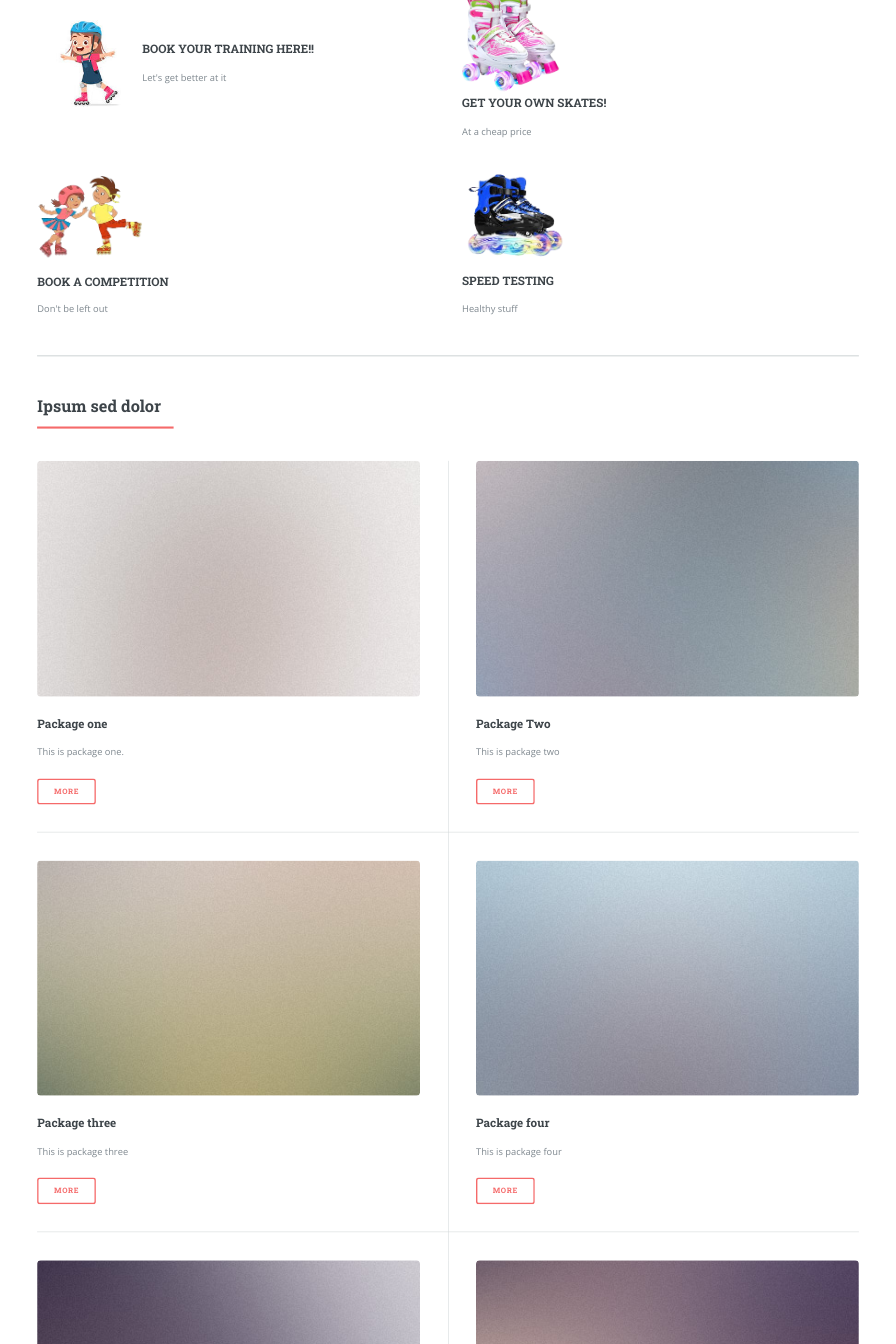
Repository: rachel648/New_Elite
Page: index.html
The author's editor kept a copy of each file at every save. The page is drawn from the files as they stood at one save, then again after the next save.
The browser window is 1280 px wide. The pictures show the part of the page from y = 975 to 2895 px (the page is 3321 px tall before and 3395 px after), at 70% of full size.

Above is the page before, as saved 2024-10-14 14:54:19.

### index.html
<!DOCTYPE HTML>
<html>
	<head>
		<title>ELITE SKATES</title>
		<meta charset="utf-8" />
		<meta name="viewport" content="width=device-width, initial-scale=1, user-scalable=no" />
		<link rel="stylesheet" href="assets/css/main.css" />
	</head>
	<body class="is-preload">

		<!-- Wrapper -->
			<div id="wrapper">

				<!-- Main -->
					<div id="main">
						<div class="inner">

							<!-- Header -->
								<header id="header">
									<a href="index.html" class="logo"><strong>ELITE </strong>SKATING CLUB</a>
									<ul class="icons">
										<li><a href="#" class="icon brands fa-twitter"><span class="label">Twitter</span></a></li>
										<li><a href="#" class="icon brands fa-facebook-f"><span class="label">Facebook</span></a></li>
										<li><a href="#" class="icon brands fa-snapchat-ghost"><span class="label">Snapchat</span></a></li>
										<li><a href="#" class="icon brands fa-instagram"><span class="label">Instagram</span></a></li>
										<li><a href="#" class="icon brands fa-medium-m"><span class="label">Medium</span></a></li>
									</ul>
								</header>

							<!-- Banner -->
								<section id="banner">
									<div class="content">
										<header>
											<h1>Welcome, Let's Skate!<br />
											With Mario</h1>
											<p>Join the thrill, boost your skills, and enjoy the ride with our skating community!</p>
										</header>
										<p> </p>
										<ul class="actions">
											<li><a href="#" class="button big">Learn More</a></li>
										</ul>
									</div>
									<span class="image object">
										<img src="images/skatetwo-removebg-preview.png" alt="" />
									</span>
								</section>

							<!-- Section -->
								<section>
									<header class="major">
										<h2>ACTIVITIES OFFERED:</h2>
									</header>
									<div class="features">
										<article>
											<span class="image object"></span>
											<img src="images/training.jpg" alt="" style="width: 150px; height: auto;"/>
											<div class="content">
												<h3>BOOK YOUR TRAINING HERE!!</h3>
												<p>Let's get better at it</p>
											</div>
										</article>
										<article>
											<span class="image object">
												<img src="images/pinkskates.jpg-removebg-preview.png" alt="" style="width: 150px; height: auto;" />
											<div class="content">
												<h3>GET YOUR OWN SKATES!</h3>
												<p>At a cheap price</p>
											</div>
										</article>
										<article>
											<span class="image object">
												<img src="images/competition-removebg-preview.png" alt="" style="width: 150px; height: auto;" />
											<div class="content">
												<h3>BOOK A COMPETITION</h3>
												<p> Don't be left out</p>
										</article>
										<article>
											<span class="image object">
												<img src="images/blueskates-removebg-preview.png" alt="" style="width: 150px; height: auto;"/>
											<div class="content">
												<h3>SPEED TESTING</h3>
												<p>Healthy stuff</p>
											</div>
										</article>
									</div>
								</section>

							<!-- Section -->
								<section>
									<header class="major">
										<h2>Ipsum sed dolor</h2>
									</header>
									<div class="posts">
										<article>
											<a href="#" class="image"><img src="images/pic01.jpg" alt="" /></a>
											<h3>Package one</h3>
											<p>This is package one.</p>
											<ul class="actions">
												<li><a href="#" class="button">More</a></li>
											</ul>
										</article>
										<article>
											<a href="#" class="image"><img src="images/pic02.jpg" alt="" /></a>
											<h3>Package Two</h3>
											<p>This is package two</p>
											<ul class="actions">
												<li><a href="#" class="button">More</a></li>
											</ul>
										</article>
										<article>
											<a href="#" class="image"><img src="images/pic03.jpg" alt="" /></a>
											<h3>Package three</h3>
											<p>This is package three</p>
											<ul class="actions">
												<li><a href="#" class="button">More</a></li>
											</ul>
										</article>
										<article>
											<a href="#" class="image"><img src="images/pic04.jpg" alt="" /></a>
											<h3>Package four</h3>
											<p>This is package four</p>
											<ul class="actions">
												<li><a href="#" class="button">More</a></li>
											</ul>
										</article>
										<article>
											<a href="#" class="image"><img src="images/pic05.jpg" alt="" /></a>
											<h3>Package five</h3>
											<p>This is package five</p>
											<ul class="actions">
												<li><a href="#" class="button">More</a></li>
											</ul>
										</article>
										<article>
											<a href="#" class="image"><img src="images/pic06.jpg" alt="" /></a>
											<h3>Package six</h3>
											<p>This is package six</p>
											<ul class="actions">
												<li><a href="#" class="button">More</a></li>
											</ul>
										</article>
									</div>
								</section>

						</div>
					</div>

				<!-- Sidebar -->
					<div id="sidebar">
						<div class="inner">

							<!-- Search -->
								<section id="search" class="alt">
									<form method="post" action="#">
										<input type="text" name="query" id="query" placeholder="Search" />
									</form>
								</section>

							<!-- Menu -->
								<nav id="menu">
									<header class="major">
										<h2>Menu</h2>
									</header>
									<ul>
										<li><a href="index.html">Homepage</a></li>
										<li><a href="generic.html">Upcoming Events</a></li>
										<li><a href="elements.html">Sports day </a></li>
										<li>
											<!--		<span class="opener">Submenu</span>
											<ul>
												<li><a href="#">Lorem Dolor</a></li>
												<li><a href="#">Ipsum Adipiscing</a></li>
												<li><a href="#">Tempus Magna</a></li>
												<li><a href="#">Feugiat Veroeros</a></li>
											</ul>

										</li>
										<li><a href="#">Etiam Dolore</a></li>
										<li><a href="#">Adipiscing</a></li>
										<li>
											<span class="opener">Another Submenu</span>
											<ul>
												<li><a href="#">Lorem Dolor</a></li>
												<li><a href="#">Ipsum Adipiscing</a></li>
												<li><a href="#">Tempus Magna</a></li>
												<li><a href="#">Feugiat Veroeros</a></li>
											</ul>
										</li>
										<li><a href="#">Maximus Erat</a></li>
										<li><a href="#">Sapien Mauris</a></li>
										<li><a href="#">Amet Lacinia</a></li>
										-->
									</ul>
								</nav>

							<!-- Section -->
								<section>
									<header class="major">
										<h2>LATEST HOTTEST DEALS</h2>
									</header>
									<div class="mini-posts">
										<article>
											<a href="#" class="image"><img src="images/pic07.jpg" alt="" /></a>
											<p>Package one</p>
										</article>
										<article>
											<a href="#" class="image"><img src="images/pic08.jpg" alt="" /></a>
											<p>Package two</p>
										</article>
										<article>
											<a href="#" class="image"><img src="images/pic09.jpg" alt="" /></a>
											<p>package three</p>
										</article>
									</div>
									<ul class="actions">
										<li><a href="#" class="button">More</a></li>
									</ul>
								</section>

							<!-- Section -->
								<section>
									<header class="major">
										<h2>Get in touch</h2>
									</header>
									<p></p>
									<ul class="contact">
										<li class="icon solid fa-envelope"><a href="#">skates@gmail.com</a></li>
										<li class="icon solid fa-phone">0712671172>

									</ul>
								</section>

							<!-- Footer -->
								<footer id="footer">

								</footer>

						</div>
					</div>

			</div>

		<!-- Scripts -->
			<script src="assets/js/jquery.min.js"></script>
			<script src="assets/js/browser.min.js"></script>
			<script src="assets/js/breakpoints.min.js"></script>
			<script src="assets/js/util.js"></script>
			<script src="assets/js/main.js"></script>

	</body>
</html>

Loaded but not shown: assets/css/fontawesome-all.min.css (library); assets/js/jquery.min.js (library); assets/js/browser.min.js (common file); assets/js/breakpoints.min.js (common file); assets/js/util.js (587 lines, source omitted); assets/js/main.js (262 lines, source omitted); assets/css/main.css (2284 lines, source omitted)

After the next save:
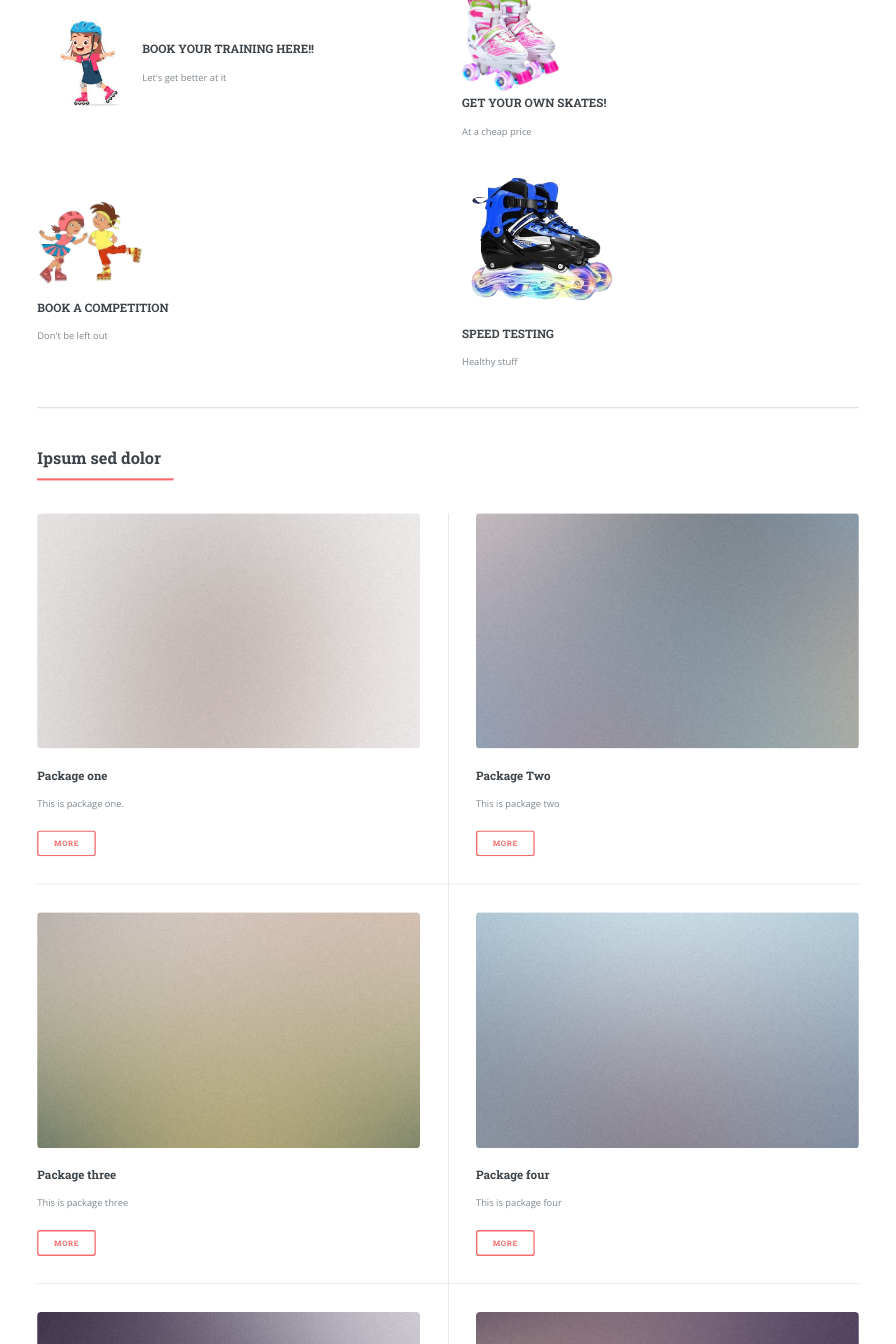
Saved 11 min 40 s later.
--- a/index.html
+++ b/index.html
@@ -76,7 +76,7 @@
 										</article>
 										<article>
 											<span class="image object">
-												<img src="images/blueskates-removebg-preview.png" alt="" style="width: 150px; height: auto;"/>
+												<img src="images/blueskates-removebg-preview.png" alt="" />
 											<div class="content">
 												<h3>SPEED TESTING</h3>
 												<p>Healthy stuff</p>
